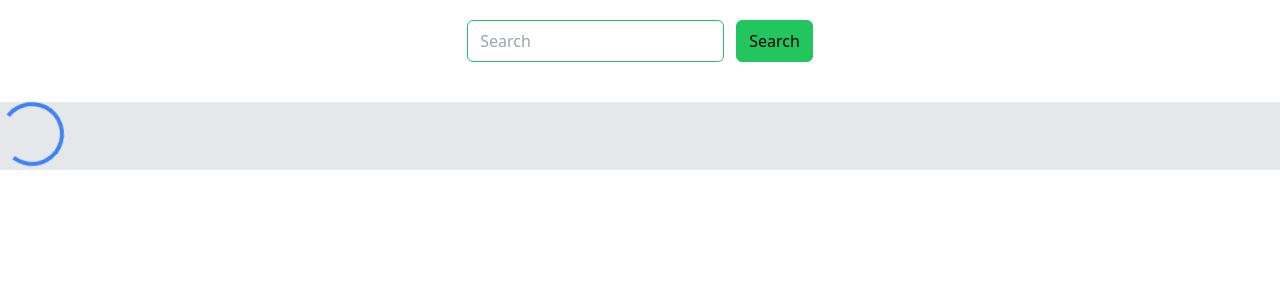
Repository: kimhieu153255/Image-search-app
Page: /
The author's editor kept a copy of each file at every save. The page is drawn from the files as they stood at one save, then again after the next save.
The browser window is 1280 px wide. The pictures show the whole page.
The project was rebuilt for these pictures with package versions that can differ from the ones it lists, and the page was loaded fresh each time. Also part of the build but not shown: vite.config.js, src/Components/Button/Loadmore.jsx, src/Components/Card/Card.jsx.

Above is the page before, as saved 2023-10-26 20:19:08.

After the next save:
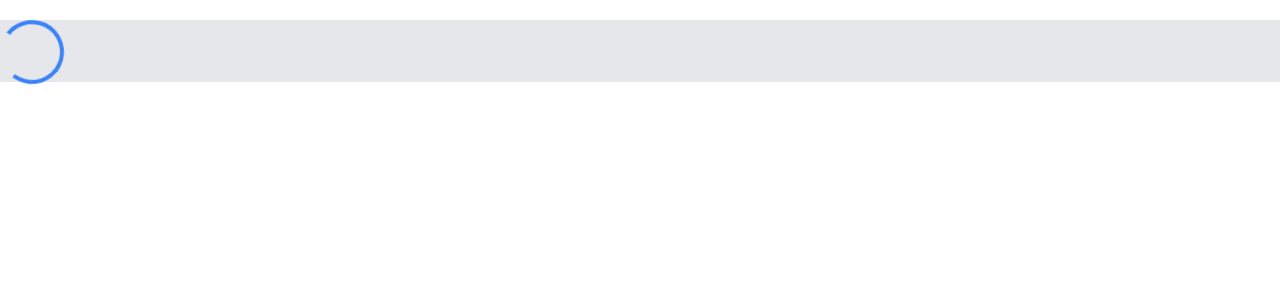
Saved 8 s later.
--- a/src/App.jsx
+++ b/src/App.jsx
@@ -13,7 +13,7 @@
         <Loadmore></Loadmore>
       </div>
       {isLoading && (
-        <div className="inset-0 bg-gray-200">
+        <div className="inset-0 absolute bg-gray-200">
           <div className="inline-block h-16 w-16 animate-spin rounded-full border-4 border-solid border-r-transparent align-[-0.125em] text-secondary motion-reduce:animate-[spin_1.5s_linear_infinite] border-blue-500">
             <span className="!absolute !-m-px !h-px !w-px !overflow-hidden !whitespace-nowrap !border-0 !p-0 ![clip:rect(0,0,0,0)]"></span>
           </div>

After the 2 saves that followed:
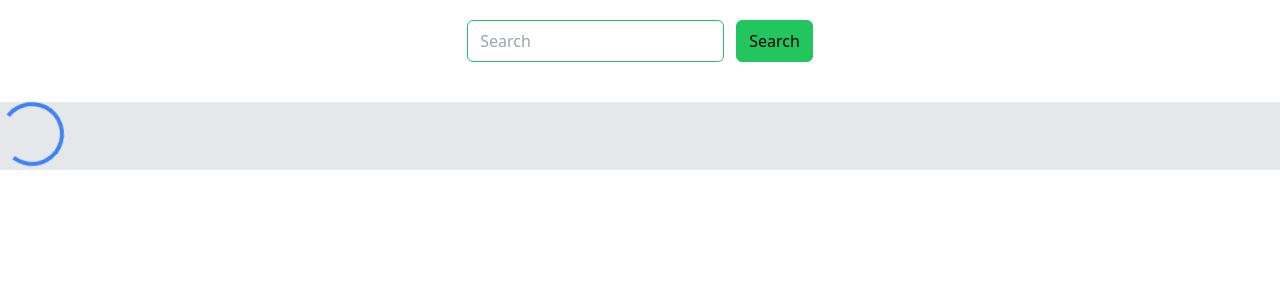
The 2 saves are shown as one change because 1 left the picture as it was.
The last was saved 18 s later.
--- a/src/App.jsx
+++ b/src/App.jsx
@@ -13,7 +13,7 @@
         <Loadmore></Loadmore>
       </div>
       {isLoading && (
-        <div className="inset-0 absolute bg-gray-200">
+        <div className="inset-0 bg-gray-200">
           <div className="inline-block h-16 w-16 animate-spin rounded-full border-4 border-solid border-r-transparent align-[-0.125em] text-secondary motion-reduce:animate-[spin_1.5s_linear_infinite] border-blue-500">
             <span className="!absolute !-m-px !h-px !w-px !overflow-hidden !whitespace-nowrap !border-0 !p-0 ![clip:rect(0,0,0,0)]"></span>
           </div>
